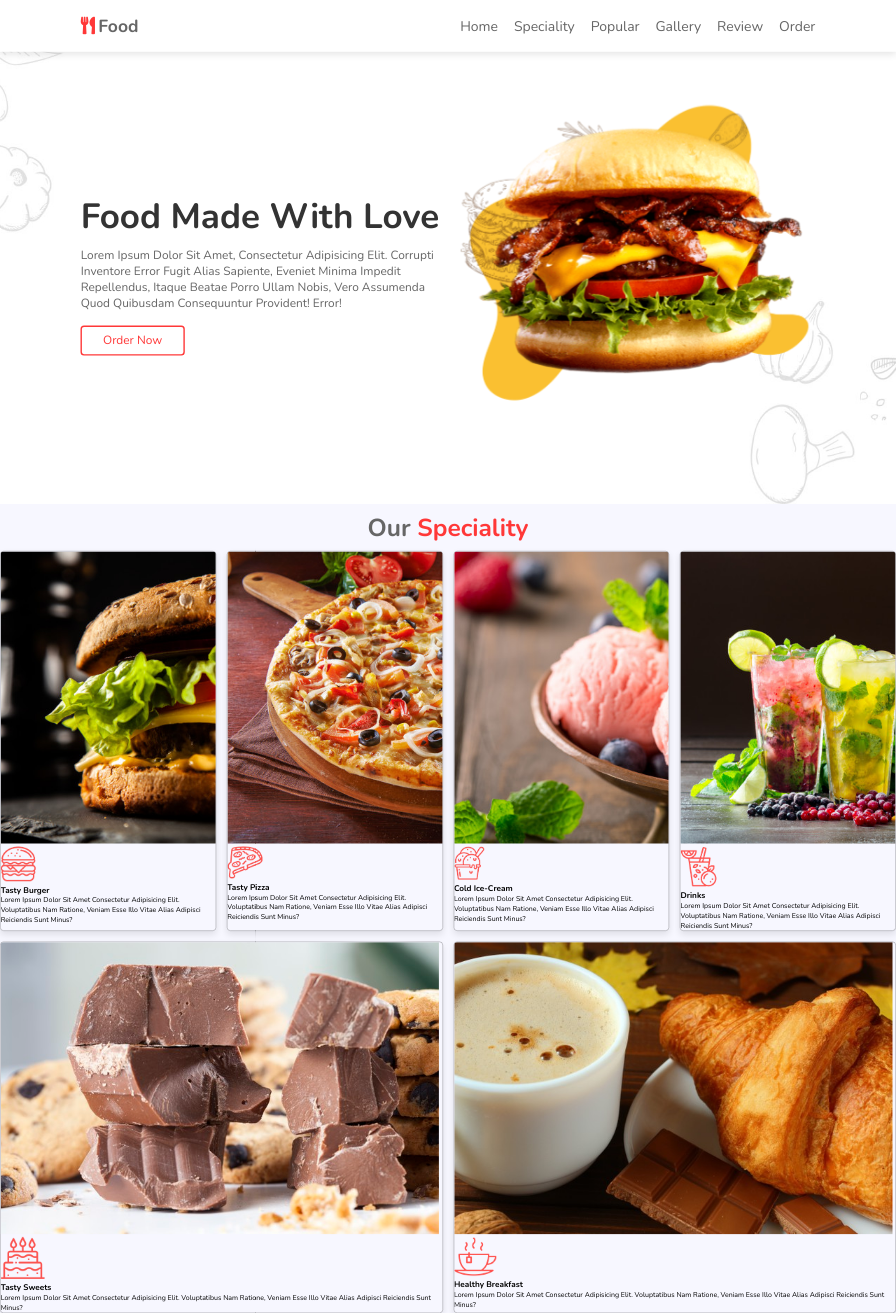
Repository: ManhTanVN/food
Page: index.html
The author's editor kept a copy of each file at every save. The page is drawn from the files as they stood at one save, then again after the next save.
The browser window is 1280 px wide. The pictures show the whole page, at 70% of full size.
The style sheet was rebuilt from its Sass, Less or Tailwind sources for each picture, by a compiler version that may differ from the author's.

Above is the page before, as saved 2021-08-29 15:52:35.

### index.html
<!DOCTYPE html>
<html lang="en">
<head>
    <meta charset="UTF-8">
    <meta http-equiv="X-UA-Compatible" content="IE=edge">
    <meta name="viewport" content="width=device-width, initial-scale=1.0">
    <title>Document</title>
    <!-- font awe-some CDN -->
    <link rel="stylesheet" href="https://cdnjs.cloudflare.com/ajax/libs/font-awesome/5.15.4/css/all.min.css">

    <!-- custom css -->
    <link rel="stylesheet" href="./assets/css/style.css">
</head>
<body>
    <!-- header section start -->
    <header>
        <a href="#" class="logo"><i class="fas fa-utensils"></i>food</a>
        <div id="menu-bar" class="fas fa-bars"></div>
        <nav class="navbar">
            <a href="#home">home</a>
            <a href="#speciality">speciality</a>
            <a href="#popular">popular</a>
            <a href="#gallery">gallery</a>
            <a href="#review">review</a>
            <a href="#order">order</a>
        </nav>
    </header>
    <!-- header section end -->

    <!-- home section starts -->
    <section class="home" id="home">
        <div class="home__content">
            <h3>food made with love</h3>
            <p>Lorem ipsum dolor sit amet, consectetur adipisicing elit. Corrupti inventore error fugit alias sapiente, eveniet minima impedit repellendus, itaque beatae porro ullam nobis, vero assumenda quod quibusdam consequuntur provident! Error!</p>
            <a href="#" class="btn">order now</a>
        </div>
        <div class="home__image">
            <img src="./assets/images/home-img.png" alt="">
        </div>


    </section>
    <!-- home section ends -->

    <!-- speciality section starts -->
    <div class="speciality" id="speciality">
        <h1 class="speciality__heading">our <span>speciality</span></h1>
        <div class="speciality__box-container">
            <div class="box">
                <img class="box__image" src="./assets/images/s-img-1.jpg" alt="">
                <div class="box__content">
                    <img src="./assets/images/s-1.png" alt="">
                    <h3>tasty burger</h3>
                    <p>Lorem ipsum dolor sit amet consectetur adipisicing elit. Voluptatibus nam ratione, veniam esse illo vitae alias adipisci reiciendis sunt minus?</p>
                </div>
            </div>
            <div class="box">
                <img class="box__image" src="./assets/images/s-img-2.jpg" alt="">
                <div class="box__content">
                    <img src="./assets/images/s-2.png" alt="">
                    <h3>tasty pizza</h3>
                    <p>Lorem ipsum dolor sit amet consectetur adipisicing elit. Voluptatibus nam ratione, veniam esse illo vitae alias adipisci reiciendis sunt minus?</p>
                </div>
            </div>
            <div class="box">
                <img class="box__image" src="./assets/images/s-img-3.jpg" alt="">
                <div class="box__content">
                    <img src="./assets/images/s-3.png" alt="">
                    <h3>cold ice-cream</h3>
                    <p>Lorem ipsum dolor sit amet consectetur adipisicing elit. Voluptatibus nam ratione, veniam esse illo vitae alias adipisci reiciendis sunt minus?</p>
                </div>
            </div>
            <div class="box">
                <img class="box__image" src="./assets/images/s-img-4.jpg" alt="">
                <div class="box__content">
                    <img src="./assets/images/s-4.png" alt="">
                    <h3>drinks</h3>
                    <p>Lorem ipsum dolor sit amet consectetur adipisicing elit. Voluptatibus nam ratione, veniam esse illo vitae alias adipisci reiciendis sunt minus?</p>
                </div>
            </div>
            <div class="box">
                <img class="box__image" src="./assets/images/s-img-5.jpg" alt="">
                <div class="box__content">
                    <img src="./assets/images/s-5.png" alt="">
                    <h3>tasty sweets</h3>
                    <p>Lorem ipsum dolor sit amet consectetur adipisicing elit. Voluptatibus nam ratione, veniam esse illo vitae alias adipisci reiciendis sunt minus?</p>
                </div>
            </div>
            <div class="box">
                <img class="box__image" src="./assets/images/s-img-6.jpg" alt="">
                <div class="box__content">
                    <img src="./assets/images/s-6.png" alt="">
                    <h3>healthy breakfast</h3>
                    <p>Lorem ipsum dolor sit amet consectetur adipisicing elit. Voluptatibus nam ratione, veniam esse illo vitae alias adipisci reiciendis sunt minus?</p>
                </div>
            </div>
        </div>
    </div>
    <!-- speciality section ends -->

<!-- custom js -->
<script src="./assets/js/main.js"></script>
</body>
</html>

### assets/js/main.js
let menu = document.querySelector("#menu-bar");
let navbar = document.querySelector(".navbar");

menu.onclick = () =>{
    menu.classList.toggle('fa-times');
    navbar.classList.toggle('active');
}

window.onscroll = () => {
    menu.classList.remove('fa-times');
    navbar.classList.remove('active');
}

### sass/style.scss
@import url('https://fonts.googleapis.com/css2?family=Nunito:wght@200;300;400;600;700&display=swap');
@import './mixin';
@import './variables';
@import './animation';
@import './base';
@import './header';
@import './menu-bar';
@import './home';
@import './btn';
@import './speciality';

@import './_media';

### sass/_mixin.scss
@mixin responsive($breakpoint) {
    @if $breakpoint == tablet {
        @media (max-width:991px) {@content}
    };

    @if $breakpoint == phone {
        @media (max-width: 768px) {@content}
    };

    @if $breakpoint == small {
        @media (max-width: 400px) {@content}
    };
}

### sass/_variables.scss
$color-red: #ff3838;

### sass/_animation.scss
@keyframes float {
    0%, 100% {
        transform: translateY(0rem)
    };

    50% {
        transform: translateY(03rem)
    }
}

### sass/_base.scss
* {
    font-family: 'Nunito', sans-serif;
    padding: 0; margin: 0;
    box-sizing: border-box;
    border: 0; outline: none;
    text-transform: capitalize;
    text-decoration: none;
    transition: all .2s linear;
}

*::selection {
    background: $color-red;
    color: #fff;
}

html {
    font-size: 62.5%;
    overflow-x: hidden;
    scroll-behavior: smooth;
    scroll-padding-top: 6rem;
    @include responsive (tablet) {
        font-size: 55%;
    }

    @include responsive (small) {
        font-size: 50%;

    }
}

body {
    background: #f7f7ff;
}

section {
    padding: 2rem 9%;
    @include responsive (tablet){
        padding: 2rem;
    }
}

### sass/_header.scss
header {
    position: fixed;
    top: 0;
    left: 0;
    right: 0;
    z-index: 9999;
    background: #fff;
    padding: 2rem 9%;
    box-shadow: 0 0.5rem 1rem rgba(0,0,0,.1);
    display: flex;
    justify-content: space-between;
    align-items: center;
    @include responsive (tablet) {
        padding: 2rem;
    }

}
header .logo {
    font-size: 2.5rem;
    font-weight: bold;
    color: #666;
}
header .logo i {
    padding-right: .5rem;
    color: $color-red;
}
header .navbar a {
    font-size: 2rem;
    margin-left: 2rem;
    color: #666;

    @include responsive (phone) {
        margin: 1.5rem;
        padding: 1.5rem;
        display: block;
        border: .2rem solid rgba(0,0,0,.1);
        border-left: .5rem solid $color-red;
        background: #fff;
    }
}

header .navbar a:hover {
    color: $color-red;
}

header .navbar {
    @include responsive (phone) {
        position: absolute;
        top: 100%;
        right: 0;
        left: 0;
        background: #f7f7f7;
        border-top: .1rem solid rgba(0,0,0,.1);
        clip-path: polygon(0 0, 100% 0 , 100% 0 , 0 0);
        // -webkit-clip-path :(0 0, 100% 0 , 100% 0 , 0 0);
    }
}
header .navbar.active {
    @include responsive (phone) {
        clip-path: polygon(0 0, 100% 0 , 100% 100% , 0 100%);

    }
}

### sass/_menu-bar.scss
#menu-bar {
    font-size: 3rem;
    cursor: pointer;
    color: #666;
    border: .1rem solid #666;
    border-radius: .3rem;
    padding: .5rem 1.5rem;
    display: none;

    @include responsive (phone) {
        display: initial;
    }

}

### sass/_home.scss
.home {
    display: flex;
    flex-wrap: wrap;
    gap: 1.5rem;
    min-height: 100vh;
    align-items: center;
    background: url(../assets/images/home-bg.jpg) no-repeat;
    // background: url(../assets/images/pic1.png);
    // background: gold;
    background-size: cover;
    background-position: center;

    &__content{
        flex: 1 1 40rem;
        padding-top: 6.5rem;

        & h3{
            font-size: 5rem;
            color: #333;
        }
        & p{
            font-size: 1.7rem;
            color: #666;
            padding: 1rem 0;
        }
    }
    &__image {
        flex: 1 1 40rem;

    }
    &__image img {
        width: 100%;
        padding: 1rem;
        animation: float 3s linear infinite;
    }
}

### sass/_btn.scss
.btn {
    display: inline-block;
    padding: .8rem 3rem;
    border: .2rem solid $color-red;
    color: $color-red;
    cursor: pointer;
    font-size: 1.7rem;
    border-radius: .5rem;
    position: relative;
    overflow: hidden;
    z-index: 0;
    margin-top: 1rem;
    &::after {
        content: "";
        position: absolute;
        top: 0;
        right: 0;
        width: 0;
        height: 100%;
        background: $color-red;
        transition: .2s linear;
        z-index: -1;
    }

    &:hover::after {
        width: 100%;
        left: 0;;
    }
    &:hover {
        color: #fff;
    }
}

### sass/_speciality.scss
.speciality {
    &__heading {
        text-align: center;
        font-size: 3.5rem;
        padding: 1rem;
        color: #666;

        & span {
            color: $color-red;
        }
    }

    &__box-container {
        display: flex;
        flex-wrap: wrap;
        gap: 1.5rem;

        & .box {
            flex: 1 1 30rem;
            position: relative;
            overflow: hidden;
            box-shadow: 0 .5rem 1rem rgba(0,0,0,.1);
            border: .1rem solid rgba(0,0,0,.3);
            cursor: pointer;
            border-radius: .5rem;

            &__image{

            }
        }
    }
}

### sass/__media.scss
@media (max-width: 991px) {
    html {
    }
    header {

    }
}

@media (max-width: 768px) {


    .menu-bar {

    }
}

After the next save:
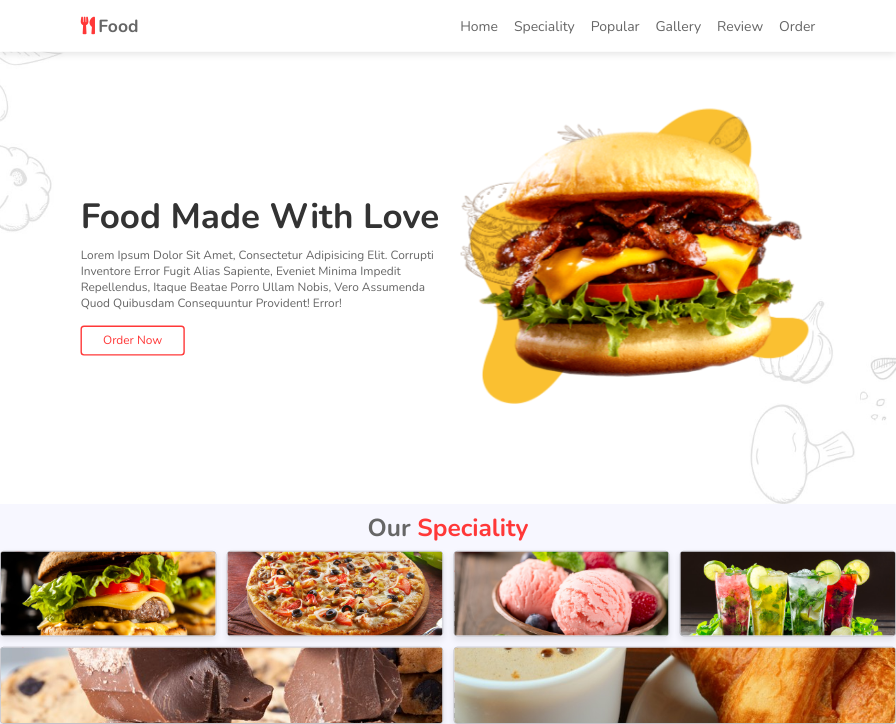
Saved 68 s later.
--- a/sass/_speciality.scss
+++ b/sass/_speciality.scss
@@ -25,7 +25,10 @@
             border-radius: .5rem;
 
             &__image{
-
+                width: 100%;
+                height: 100%;
+                object-fit: cover;
+                position: absolute;
             }
         }
     }
